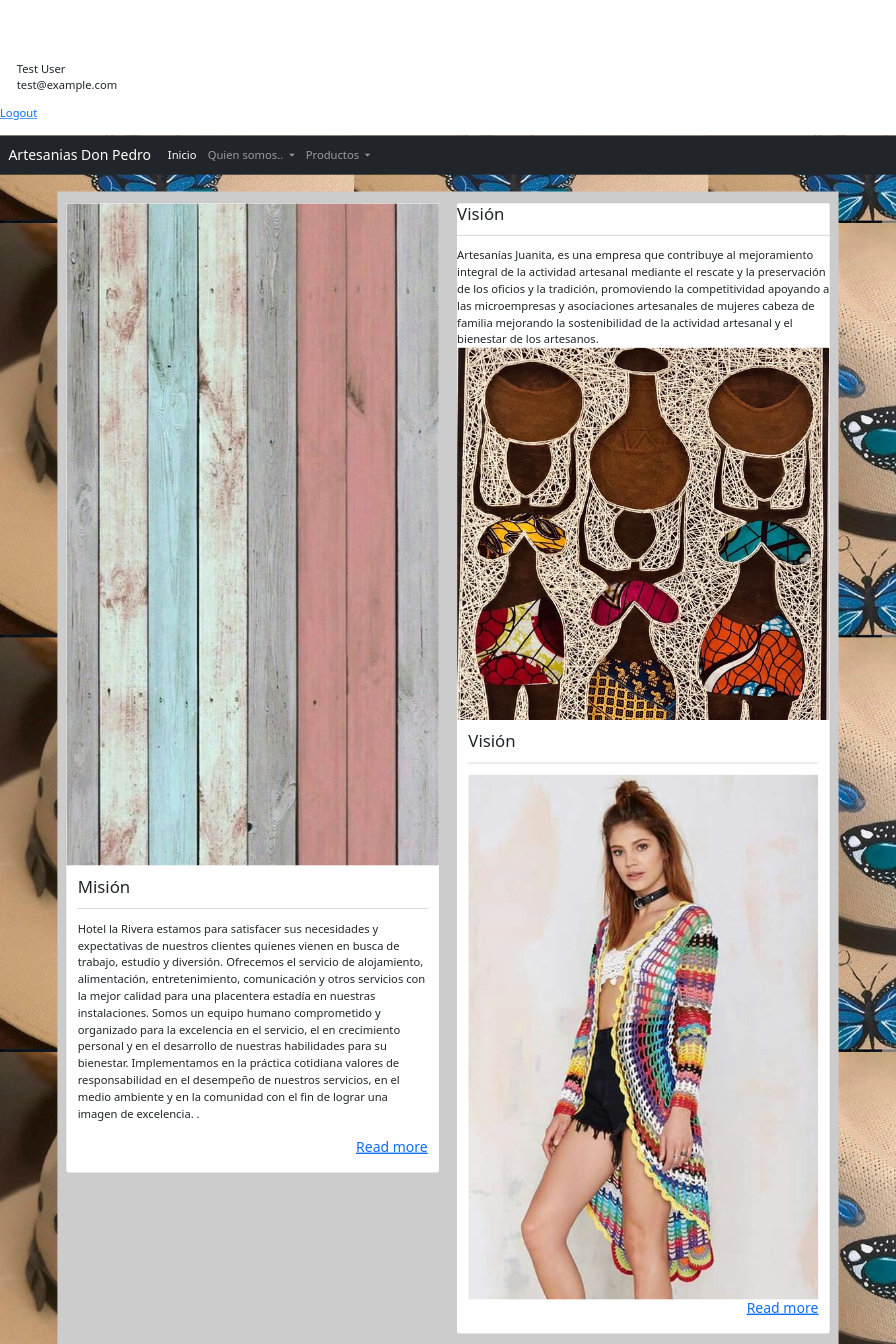
Repository: PG210/taller_artesania
Page: http://localhost/arte/mision
The author's editor kept a copy of each file at every save. The page is drawn from the files as they stood at one save, then again after the next save.
The browser window is 1280 px wide. The pictures show the part of the page from y = 2641 to 4561 px (the page is 4819 px tall), at 70% of full size.
The page is served by the project's Laravel application, run on PHP 8.4 with Laravel 8. A made-up administrator, Test User (test@example.com), is signed in. Other server files are loaded and not shown.

Above is the page before, as saved 2021-01-14 15:16:46.

### routes/web.php
<?php

use Illuminate\Support\Facades\Route;
use App\Http\Controllers\Productos;

/*
|--------------------------------------------------------------------------
| Web Routes
|--------------------------------------------------------------------------
|
| Here is where you can register web routes for your application. These
| routes are loaded by the RouteServiceProvider within a group which
| contains the "web" middleware group. Now create something great!
|
*/

Route::get('/', function () {
    return view('welcome');
});
//ruta mision vision
Route::get('arte/vision', function () {
    return view('arte.vision');
});
//histortia
Route::get('arte/historia', function () {
    return view('arte.historia');
});
Route::get('arte/mision', function () {
    return view('arte.mision');
});

//ubicacion
Route::get('arte/ubicacion', function () {
    return view('arte.ubicacion');
});
//productos
Route::get('/productos', [Productos::class, 'index']);

Route::get('/dashboard', function () {
    return view('dashboard');
})->middleware(['auth'])->name('dashboard');

require __DIR__.'/auth.php';

### resources/views/arte/mision.blade.php

<body  style="background-color:#ccc" background="../img/6.jpg" style="background-repeat: no-repeat;   background-size: cover;">

    @extends('layouts.app')
@section('content')




<div class="container">

<div class="row">

    <!--tarjeta 1 mision hotel-->
  <div class="col-lg-6"  style="background-color:#ccc">

    <p><!-- Card Dark -->
        <div class="card">

          <!-- Card image -->
          <div class="view overlay">
            <img class="card-img-top" src="../img/3.jpg"
              alt="Card image cap">
            <a>
              <div class="mask rgba-white-slight"></div>
            </a>
          </div>

          <!-- Card content -->
          <div class="card-body elegant-color white-text rounded-bottom">

            <!-- Social shares button -->
            <a class="activator waves-effect mr-4"><i class="fas fa-share-alt white-text"></i></a>
            <!-- Title -->
            <h4 class="card-title">Misión</h4>
            <hr class="hr-light">
            <!-- Text -->
            <p class="card-text white-text mb-4">


                Hotel la Rivera estamos para satisfacer sus necesidades  y expectativas de nuestros clientes quienes vienen en busca de trabajo, estudio y diversión. Ofrecemos el servicio de alojamiento, alimentación, entretenimiento, comunicación y otros servicios con la mejor calidad para una placentera estadía en nuestras instalaciones.
                Somos un equipo humano comprometido y organizado para la excelencia en el servicio, el en crecimiento personal y en el desarrollo de nuestras habilidades para su bienestar.
                 Implementamos  en la práctica cotidiana valores de responsabilidad en el desempeño de nuestros  servicios, en el medio ambiente y en la comunidad con el fin de lograr una imagen de excelencia.
                 .</p>
            <!-- Link -->
            <a href="#!" class="white-text d-flex justify-content-end">
              <h5>Read more <i class="fas fa-angle-double-right"></i></h5>
            </a>

          </div>

        </div>
        <!-- Card Dark --></p>
  </div>



  <!--tarjeta dos vision-->
  <div class="col-lg-6"  style="background-color:#ccc">

    <p><!-- Card Dark -->
        <div class="card">

          <!-- Card image -->
          <div class="view overlay">
           <h4 class="card-title">Visión</h4>
            <hr class="hr-light">
          Artesanías Juanita, es una empresa que contribuye al mejoramiento integral de la actividad artesanal mediante el rescate y la preservación de los oficios y la tradición, promoviendo la competitividad apoyando a las microempresas y asociaciones artesanales de mujeres cabeza de familia mejorando la sostenibilidad de la actividad artesanal y el bienestar de los artesanos.
            <img class="card-img-top" src="../img/4.jpg"
              alt="Card image cap">
            <a>
              <div class="mask rgba-white-slight"></div>
            </a>
          </div>

          <!-- Card content -->
          <div class="card-body elegant-color white-text rounded-bottom">

            <!-- Social shares button -->
            <a class="activator waves-effect mr-4"><i class="fas fa-share-alt white-text"></i></a>
            <!-- Title -->
            <h4 class="card-title">Visión</h4>
            <hr class="hr-light">
            <!-- Text -->
            <img class="card-img-top" src="../img/9.jpg"
            <!-- Link -->
            <a href="#!" class="white-text d-flex justify-content-end">
              <h5>Read more <i class="fas fa-angle-double-right"></i></h5>
            </a>

          </div>

        </div>
        <!-- Card Dark --></p>
  </div>
</div>
</div>




</div>
@stop

</body>

### resources/views/layouts/app.blade.php
<!DOCTYPE html>
<html lang="{{ str_replace('_', '-', app()->getLocale()) }}">
    <head>
        <meta charset="utf-8">
        <meta name="viewport" content="width=device-width, initial-scale=1">
        <meta name="csrf-token" content="{{ csrf_token() }}">

        <title>{{ config('app.name', 'Laravel') }}</title>

        <!-- Fonts -->
        <link rel="stylesheet" href="https://fonts.googleapis.com/css2?family=Nunito:wght@400;600;700&display=swap">
        <link href="{{ url('/assets/bootstrap/css/bootstrap.min.css') }}" rel="stylesheet">
        <!-- Styles -->
        <link rel="stylesheet" href="{{ asset('css/app.css') }}">

        <!-- Scripts -->
        <script src="{{ asset('js/app.js') }}" defer></script>


    </head>

    <body class="font-sans antialiased">
        <div class="min-h-screen bg-gray-100">
            @include('layouts.navigation')

            <nav class="navbar navbar-expand-lg navbar navbar-dark bg-dark">
  <div class="container-fluid">
    <a class="navbar-brand" href="#">Artesanias Don Pedro</a>
    <button class="navbar-toggler" type="button" data-bs-toggle="collapse" data-bs-target="#navbarNavDropdown" aria-controls="navbarNavDropdown" aria-expanded="false" aria-label="Toggle navigation">
      <span class="navbar-toggler-icon"></span>
    </button>
    <div class="collapse navbar-collapse" id="navbarNavDropdown">
      <ul class="navbar-nav">
        <li class="nav-item">
          <a class="nav-link active" aria-current="page" href="#">Inicio</a>
        </li>


        <li class="nav-item dropdown">
          <a class="nav-link dropdown-toggle" href="#" id="navbarDropdownMenuLink" role="button" data-bs-toggle="dropdown" aria-expanded="false">
            Quien somos..
          </a>
          <ul class="dropdown-menu" aria-labelledby="navbarDropdownMenuLink">
            <li><a class="dropdown-item" href="{{url('/arte/mision')}}">Mision</a></li>
            <li><a class="dropdown-item" href="{{url('/arte/vision')}}">Vision</a></li>
            <li><a class="dropdown-item" href="{{url('/arte/ubicacion')}}">Ubicacion</a></li>
            <li><a class="dropdown-item" href="{{url('/arte/historia')}}">Historia</a></li>
          </ul>
        </li>

        <li class="nav-item dropdown">
          <a class="nav-link dropdown-toggle" href="#" id="navbarDropdownMenuLink" role="button" data-bs-toggle="dropdown" aria-expanded="false">
            Productos
          </a>
          <ul class="dropdown-menu" aria-labelledby="navbarDropdownMenuLink">
            <li><a class="dropdown-item" href="{{url('/productos')}}">Sombreros</a></li>
            <li><a class="dropdown-item" href="#">Mochilas</a></li>
            <li><a class="dropdown-item" href="#">Tejidos</a></li>
            <li><a class="dropdown-item" href="#">Visuterias</a></li>
            <li><a class="dropdown-item" href="#">Ofertas</a></li>
          </ul>
        </li>
      </ul>
    </div>
  </div>
</nav>
<br>
            <!-- Page Heading -->
            <div class="container">
           @yield('content')
           </div>
        </div>
<!--footer-->
<br>
        <footer class="bg-dark text-white text-center text-lg-start">
  <!-- Grid container -->
  <div class="container p-4">
    <!--Grid row-->
    <div class="row">
      <!--Grid column-->
      <div class="col-lg-6 col-md-12 mb-4 mb-md-0">
        <h5 class="text-uppercase">Ubicacion y Horario de Atencion</h5>

        <p>
        <bFooterr>
        Cll 4 No. 5 – 58<br>
        Barrio Las Aguas, Sandona, Nariño-Colombia
        Lunes a viernes 8:00 Am - 11:00 Pm
        </p>
      </div>
      <!--Grid column-->

      <!--Grid column-->
      <div class="col-lg-3 col-md-6 mb-4 mb-md-0">
        <h5 class="text-uppercase">Encuentranos en</h5>

        <ul class="list-unstyled mb-0">
          <li>
            <a href="#!" class="text-white">FACEBOOK</a>
          </li>
          <li>
            <a href="#!" class="text-white">INSTAGRAM</a>
          </li>
          <li>
            <a href="#!" class="text-white">TWITER</a>
          </li>
          <li>
            <a href="#!" class="text-white">PINTEREST</a>
          </li>
        </ul>
      </div>
      <!--Grid column-->

      <!--Grid column-->
      <div class="col-lg-3 col-md-6 mb-4 mb-md-0">
        <h5 class="text-uppercase mb-0">TELEFONOS</h5>

        <ul class="list-unstyled">
          <li>
            <a href="#!" class="text-white">+57 317 8916679</a>
          </li>
          <li>
            <a href="#!" class="text-white">+57 302 3553984</a>
          </li>
          <li>
            <a href="#!" class="text-white">+57 318 4409594</a>
          </li>

        </ul>
      </div>
      <!--Grid column-->
    </div>
    <!--Grid row-->
  </div>
  <!-- Grid container -->

  <!-- Copyright -->
  <div class="text-center p-3" style="background-color: rgba(0, 0, 0, 0.2)">
    © 2020 Copyright:
    <a class="text-white" href="https://mdbootstrap.com/">MDBootstrap.com</a>
  </div>
  <!-- Copyright -->
</footer>
<!--end footer-->



        <script src="https://code.jquery.com/jquery-3.5.1.slim.min.js" integrity="sha384-DfXdz2htPH0lsSSs5nCTpuj/zy4C+OGpamoFVy38MVBnE+IbbVYUew+OrCXaRkfj" crossorigin="anonymous"></script>
        <script src="https://cdn.jsdelivr.net/npm/popper.js@1.16.1/dist/umd/popper.min.js" integrity="sha384-9/reFTGAW83EW2RDu2S0VKaIzap3H66lZH81PoYlFhbGU+6BZp6G7niu735Sk7lN" crossorigin="anonymous"></script>
       <script type="text/javascript" src="{{ url('/assets/bootstrap/js/bootstrap.min.js') }}"></script>
    </body>
</html>

### resources/views/layouts/navigation.blade.php
<nav x-data="{ open: false }" class="bg-white border-b border-gray-100">
    <!-- Primary Navigation Menu -->
    <!--aqui cambiar-->
    <div class=" navbar-dark bg-indigo">
        <div class="flex justify-between h-16">
            <div class="flex">
                <!-- Logo -->
                <div class="flex-shrink-0 flex items-center">
                    <a href="{{ route('dashboard') }}">
                        <x-application-logo class="block h-10 w-auto fill-current text-gray-600" />
                    </a>
                </div>

                <!-- Navigation Links -->
                <div class="hidden space-x-8 sm:-my-px sm:ml-10 sm:flex">
                    <x-nav-link :href="route('dashboard')" :active="request()->routeIs('dashboard')">
                        {{ __('Bienvenidos! Tienda Virtual') }}
                    </x-nav-link>
                </div>
            </div>

            <!-- Settings Dropdown -->
            <div class="hidden sm:flex sm:items-center sm:ml-6">
                <x-dropdown align="right" width="48">
                    <x-slot name="trigger">
                        <button class="flex items-center text-sm font-medium text-gray-500 hover:text-gray-700 hover:border-gray-300 focus:outline-none focus:text-gray-700 focus:border-gray-300 transition duration-150 ease-in-out">
                            <div>{{ Auth::user()->name }}</div>

                            <div class="ml-1">
                                <svg class="fill-current h-4 w-4" xmlns="http://www.w3.org/2000/svg" viewBox="0 0 20 20">
                                    <path fill-rule="evenodd" d="M5.293 7.293a1 1 0 011.414 0L10 10.586l3.293-3.293a1 1 0 111.414 1.414l-4 4a1 1 0 01-1.414 0l-4-4a1 1 0 010-1.414z" clip-rule="evenodd" />
                                </svg>
                            </div>
                        </button>
                    </x-slot>

                    <x-slot name="content">
                        <!-- Authentication -->
                        <form method="POST" action="{{ route('logout') }}">
                            @csrf

                            <x-dropdown-link :href="route('logout')"
                                    onclick="event.preventDefault();
                                                this.closest('form').submit();">
                                {{ __('Logout') }}
                            </x-dropdown-link>
                        </form>
                    </x-slot>
                </x-dropdown>
            </div>

            <!-- Hamburger -->
            <div class="-mr-2 flex items-center sm:hidden">
                <button @click="open = ! open" class="inline-flex items-center justify-center p-2 rounded-md text-gray-400 hover:text-gray-500 hover:bg-gray-100 focus:outline-none focus:bg-gray-100 focus:text-gray-500 transition duration-150 ease-in-out">
                    <svg class="h-6 w-6" stroke="currentColor" fill="none" viewBox="0 0 24 24">
                        <path :class="{'hidden': open, 'inline-flex': ! open }" class="inline-flex" stroke-linecap="round" stroke-linejoin="round" stroke-width="2" d="M4 6h16M4 12h16M4 18h16" />
                        <path :class="{'hidden': ! open, 'inline-flex': open }" class="hidden" stroke-linecap="round" stroke-linejoin="round" stroke-width="2" d="M6 18L18 6M6 6l12 12" />
                    </svg>
                </button>
            </div>
        </div>
    </div>

    <!-- Responsive Navigation Menu -->
    <div :class="{'block': open, 'hidden': ! open}" class="hidden sm:hidden">
        <div class="pt-2 pb-3 space-y-1">
            <x-responsive-nav-link :href="route('dashboard')" :active="request()->routeIs('dashboard')">
                {{ __('Dashboard') }}
            </x-responsive-nav-link>
        </div>

        <!-- Responsive Settings Options -->
        <div class="pt-4 pb-1 border-t border-gray-200">
            <div class="flex items-center px-4">
                <div class="flex-shrink-0">
                    <svg class="h-10 w-10 fill-current text-gray-400" xmlns="http://www.w3.org/2000/svg" fill="none" viewBox="0 0 24 24" stroke="currentColor">
                        <path stroke-linecap="round" stroke-linejoin="round" stroke-width="2" d="M16 7a4 4 0 11-8 0 4 4 0 018 0zM12 14a7 7 0 00-7 7h14a7 7 0 00-7-7z" />
                    </svg>
                </div>

                <div class="ml-3">
                    <div class="font-medium text-base text-gray-800">{{ Auth::user()->name }}</div>
                    <div class="font-medium text-sm text-gray-500">{{ Auth::user()->email }}</div>
                </div>
            </div>

            <div class="mt-3 space-y-1">
                <!-- Authentication -->
                <form method="POST" action="{{ route('logout') }}">
                    @csrf

                    <x-responsive-nav-link :href="route('logout')"
                            onclick="event.preventDefault();
                                        this.closest('form').submit();">
                        {{ __('Logout') }}
                    </x-responsive-nav-link>
                </form>
            </div>
        </div>
    </div>
</nav>

Loaded but not shown: routes/auth.php (common file); app/Models/User.php (common file); resources/views/components/application-logo.blade.php (common file); resources/views/components/nav-link.blade.php (common file); resources/views/components/dropdown-link.blade.php (common file); resources/views/components/dropdown.blade.php (common file); resources/views/components/responsive-nav-link.blade.php (common file); public/assets/bootstrap/css/bootstrap.min.css (library); public/assets/bootstrap/js/bootstrap.min.js (library); public/js/app.js (library)

After the next save:
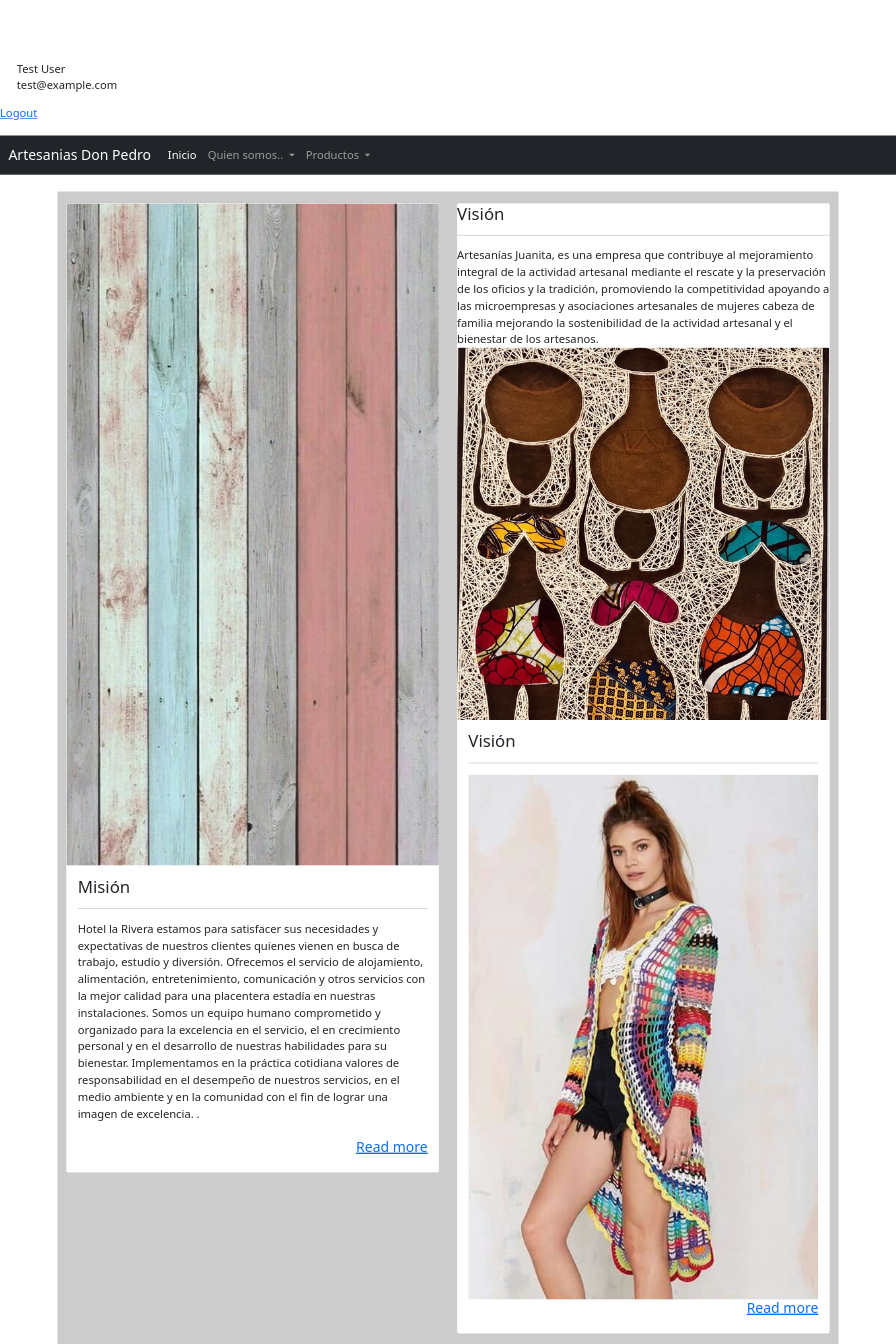
Saved 101 s later.
--- a/resources/views/arte/mision.blade.php
+++ b/resources/views/arte/mision.blade.php
@@ -1,5 +1,5 @@
 
-<body  style="background-color:#ccc" background="../img/6.jpg" style="background-repeat: no-repeat;   background-size: cover;">
+<body  style="background-color:#ccc background-repeat: no-repeat;   background-size: cover;"  ">
 
     @extends('layouts.app')
 @section('content')
